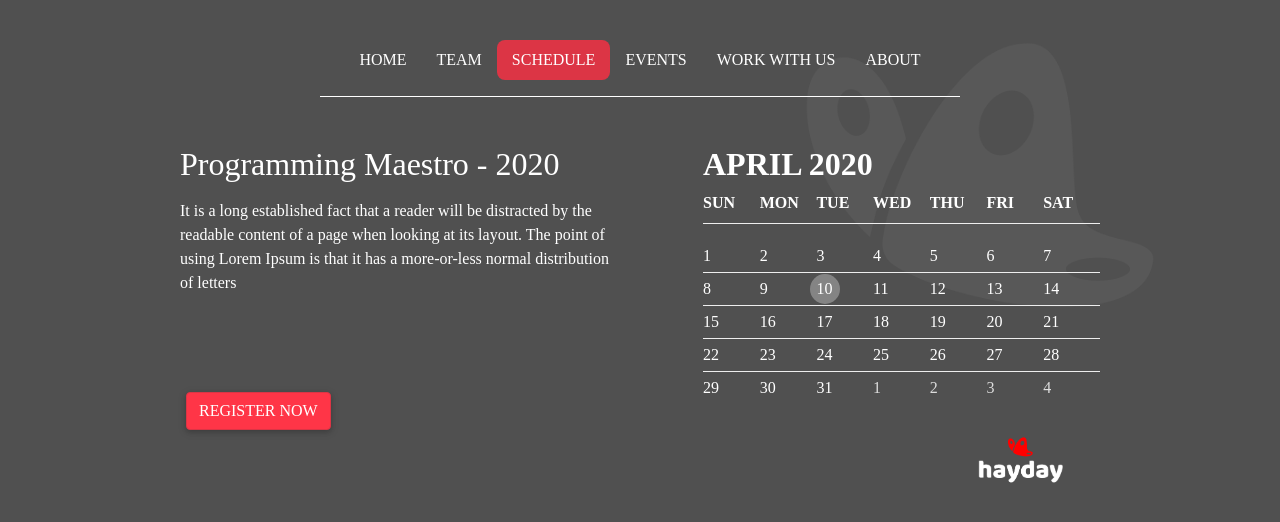
Repository: im1971/company-web
Page: schedule.html
An editor plug-in stored every save of this project. The page is shown before and after the next save, followed by the edit.
The browser window is 1280 px wide. The pictures show the whole page.
Some web fonts or font styles are not loaded; a fallback is used.

Above is the page before, as saved 2020-02-08 11:25:39.
Not found: js/main.js

### schedule.html
<!DOCTYPE html>
<html>

<head>
    <meta charset="utf-8">
    <meta name="viewport" content="width=device-width, initial-scale=1">
    <title>hayday</title>
    <link rel="shortcut icon" type="img/x-icon" href="img/fav.png" />
    <link rel="stylesheet" href="css/mdb.min.css">
    <link rel="stylesheet" href="css/bootstrap.min.css">
    <link rel="stylesheet" href="css/fontawesome.min.css">
    <link rel="stylesheet" href="css/all.min.css">
    <link rel="stylesheet" href="css/style.css">
    <!-- fonts -->
    <link href="https://fonts.googleapis.com/css?family=Baloo+Bhai&display=swap" rel="stylesheet">
    <!-- fonts -->

</head>

<body>

    <div class="wrap_hayday">
        <div class="back_img"></div>
        <div class="container-fluid">
            <div class="row justify-content-center pb-5">
                <div class="col-md-12">
                    <nav class="navbar navbar-expand-lg">
                        <button class="navbar-toggler" type="button" data-toggle="collapse" data-target="#navbarSupportedContent" aria-controls="navbarSupportedContent" aria-expanded="false" aria-label="Toggle navigation">
                            <i class="fas fa-bars"></i>
                        </button>

                        <div class="collapse navbar-collapse" id="navbarSupportedContent">

                            <ul class="navbar-nav m-auto text-uppercase">
                                <li class="nav-item">
                                    <a class="nav-link" href="index.html">Home</a>
                                </li>
                                <li class="nav-item">
                                    <a class="nav-link" href="team.html">Team</a>
                                </li>
                                <li class="nav-item">
                                    <a class="nav-link active" href="schedule.html">SCHEDULE</a>
                                </li>
                                <li class="nav-item">
                                    <a class="nav-link" href="event.html">Events</a>
                                </li>
                                <li class="nav-item">
                                    <a class="nav-link" href="workWithUs.html">Work With us</a>
                                </li>
                                <li class="nav-item">
                                    <a class="nav-link" href="about.html">About</a>
                                </li>
                            </ul>
                        </div>
                    </nav>
                </div>
                <div class="col-md-6 border_deco pt-3"></div>
            </div>
            <div class="container">
                <div class="event_wrap">
                    <div class="row justify-content-center">

                        <div class="col-md-5">
                            <h2 class="title mb-3">Programming Maestro - 2020</h2>
                            <p class="subtitle mb-3">
                                It is a long established fact that a reader will be distracted by the readable content of a page when looking at its layout. The point of using Lorem Ipsum is that it has a more-or-less normal distribution of letters
                            </p>
                            <div id="timer" class="mb-5">
                                <div id="days"></div>
                                <div id="hours"></div>
                                <div id="minutes"></div>
                                <div id="seconds" class="pr-0"></div>
                            </div>
                            <button class="btn btn-danger">Register Now</button>
                        </div>
                        <div class="col-md-5">
                            <!-- <div class="container py-5"> -->
                            <!-- Calendar -->
                            <div class="calendar pl-5">
                                <div class="d-flex align-items-center pb-2">
                                    <h2 class="month font-weight-bold mb-0 text-uppercase">April 2020</h2>
                                </div>
                                <!-- <p class="font-italic text-muted mb-5">No events for this day.</p> -->
                                <ol class="day-names list-unstyled">
                                    <li class="font-weight-bold text-uppercase">Sun</li>
                                    <li class="font-weight-bold text-uppercase">Mon</li>
                                    <li class="font-weight-bold text-uppercase">Tue</li>
                                    <li class="font-weight-bold text-uppercase">Wed</li>
                                    <li class="font-weight-bold text-uppercase">Thu</li>
                                    <li class="font-weight-bold text-uppercase">Fri</li>
                                    <li class="font-weight-bold text-uppercase">Sat</li>
                                </ol>

                                <ol class="days list-unstyled">
                                    <li>
                                        <div class="date">1</div>
                                        <!-- <div class="event bg-success">Event with Long Name</div> -->
                                    </li>
                                    <li>
                                        <div class="date">2</div>
                                    </li>
                                    <li>
                                        <div class="date">3</div>
                                    </li>
                                    <li>
                                        <div class="date">4</div>
                                    </li>
                                    <li>
                                        <div class="date">5</div>
                                    </li>
                                    <li>
                                        <div class="date">6</div>
                                    </li>
                                    <li>
                                        <div class="date">7</div>
                                    </li>
                                    <li>
                                        <div class="date">8</div>
                                    </li>
                                    <li>
                                        <div class="date">9</div>
                                    </li>
                                    <li style="position: relative;">
                                        <div class="date">10</div>
                                        <div class="target_date"></div>
                                    </li>
                                    <li>
                                        <div class="date">11</div>
                                    </li>
                                    <li>
                                        <div class="date">12</div>
                                    </li>
                                    <li>
                                        <div class="date">13</div>
                                        <!-- <div class="event all-day begin span-2 bg-warning">Event Name</div> -->
                                    </li>
                                    <li>
                                        <div class="date">14</div>
                                    </li>
                                    <li>
                                        <div class="date">15</div>
                                        <!-- <div class="event all-day end bg-success">Event Name</div> -->
                                    </li>
                                    <li>
                                        <div class="date">16</div>
                                    </li>
                                    <li>
                                        <div class="date">17</div>
                                    </li>
                                    <li>
                                        <div class="date">18</div>
                                    </li>
                                    <li>
                                        <div class="date">19</div>
                                    </li>
                                    <li>
                                        <div class="date">20</div>
                                    </li>
                                    <li>
                                        <div class="date">21</div>
                                        <!-- <div class="event bg-primary">Event Name</div> -->
                                        <!-- <div class="event bg-success">Event Name</div> -->
                                    </li>
                                    <li>
                                        <div class="date">22</div>
                                        <!-- <div class="event bg-info">Event with Longer Name</div> -->
                                    </li>
                                    <li>
                                        <div class="date">23</div>
                                    </li>
                                    <li>
                                        <div class="date">24</div>
                                    </li>
                                    <li>
                                        <div class="date">25</div>
                                    </li>
                                    <li>
                                        <div class="date">26</div>
                                    </li>
                                    <li>
                                        <div class="date">27</div>
                                    </li>
                                    <li>
                                        <div class="date">28</div>
                                    </li>
                                    <li>
                                        <div class="date">29</div>
                                    </li>
                                    <li>
                                        <div class="date">30</div>
                                    </li>
                                    <li>
                                        <div class="date">31</div>
                                    </li>
                                    <li class="outside">
                                        <div class="date">1</div>
                                    </li>
                                    <li class="outside">
                                        <div class="date">2</div>
                                    </li>
                                    <li class="outside">
                                        <div class="date">3</div>
                                    </li>
                                    <li class="outside">
                                        <div class="date">4</div>
                                    </li>
                                </ol>
                            </div>
                            <!-- </div> -->
                            <!-- </div> -->
                        </div>
                    </div>
                </div>
                <div class="row justify-content-end">
                    <div class="col-md-4 m-autp">
                        <div class="middle_body">
                            <div class="logo">
                                <img src="img/logo.png" alt="" style="height: 50px">
                            </div>
                        </div>
                    </div>
                </div>
            </div>
        </div>
    </div>




    <script type="text/javascript" src="js/jquery.min.js"></script>
    <!-- Bootstrap tooltips -->
    <script type="text/javascript" src="js/popper.min.js"></script>
    <!-- Bootstrap core JavaScript -->
    <script type="text/javascript" src="js/bootstrap.min.js"></script>
    <!-- MDB core JavaScript -->
    <script type="text/javascript" src="js/mdb.min.js"></script>
    <script type="text/javascript" src="js/main.js"></script>


</body>

</html>

### css/style.css
body {
    padding: 0;
    margin: 0;
    /* background: #5407A1; */
    background: #505050;
    color: #fff !important;
    font-family: 'Baloo Bhai', cursive;
    position: relative;
}


/* global */

html {
    overflow: scroll;
    overflow-x: hidden;
}

::-webkit-scrollbar {
    width: 0px;
    background: transparent;
}


/* Optional: show position indicator in red */

::-webkit-scrollbar-thumb {
    background: #FF0000;
}

.active {
    background-color: #dc3545;
    border-radius: 8px;
}

.active:hover {
    color: #fff !important;
}


/* global */

.back_img {
    background-image: url(../img/back.png);
    height: 350px;
    width: 600px;
    position: absolute;
    background-position: center center;
    background-size: cover;
    opacity: 5%;
    /* top: 30%; */
    right: 0;
}


/* header */

.wrap_hayday .nav-link::after {
    content: '';
    position: absolute;
    width: 100%;
    height: 1px;
    bottom: 0;
    left: 0;
    background-color: #E2061B;
    transform: scaleX(0);
    /* transform-origin: bottom right; */
    transition: transform 0.3s;
}

.wrap_hayday .nav-link:hover::after {
    /* transform-origin: bottom left; */
    transform: scaleX(1);
}

.wrap_hayday .navbar {
    box-shadow: none;
}

.wrap_hayday .navbar .collapse {
    position: relative;
}

.wrap_hayday .navbar .nav-icon {
    position: absolute;
    left: 0;
    top: 0;
    padding: 0;
}

.wrap_hayday .navbar .nav-icon img {
    height: 40px;
}

.wrap_hayday .container-fluid {
    min-height: 100vh;
}

.wrap_hayday nav .nav-link {
    padding-right: 15px !important;
    padding-left: 15px !important;
    color: #fff;
    font-family: 'Baloo Bhai', cursive;
}

.wrap_hayday .border_deco {
    border-bottom: .25px solid #fff;
}

.wrap_hayday nav .nav-link:hover {
    color: #FF0000;
    transition-duration: 0.5s;
}

.wrap_hayday .navbar {
    padding: 40px;
    padding-bottom: 0;
}


/* header */


/* middle body */

.wrap_hayday .middle_body_height {
    height: 50vh;
}

.wrap_hayday .middle_body {
    text-align: center;
}

.wrap_hayday .middle_body p {
    font-size: 22px;
}

.wrap_hayday .middle_body .logo img {
    height: 200px;
}

.wrap_hayday .others_page_middle {
    text-align: center;
    position: absolute;
    right: 30px;
    bottom: 0;
}

.wrap_hayday .others_page_middle img {
    height: 70px;
}


/* middle body */


/* footer-body */

.myprogress {
    min-width: 100%;
    margin: 0px auto;
    text-align: center;
}

.myprogress .circle {
    display: inline-block;
    background: #fff;
    width: 50px;
    height: 50px;
    border-radius: 80px;
    border: 1px solid #d5d5da;
    cursor: pointer;
}

.myprogress .circle:hover {
    background: #FF0000;
    color: #5407A1;
    transition-duration: 0.5s;
}

.myprogress .bar {
    position: relative;
    width: 100px;
    padding-right: 15px;
    font-family: none;
}

.myprogress .circle .label {
    display: inline-block;
    width: 40px;
    height: 40px;
    line-height: 30px;
    border-radius: 40px;
    font-size: 24px;
}

.myprogress .circle .title {
    color: #5407A1;
    font-size: 24px;
    line-height: 50px;
    cursor: pointer;
}

.myprogress .circle .title:hover {
    color: #fff;
}

.myprogress i {
    font-size: 11px;
}

.abc {
    animation: pulse 1s infinite;
    color: #FF0000;
}

.pulse {
    -webkit-animation-duration: 3s;
    -webkit-animation-delay: 2s;
    -webkit-animation-iteration-count: 5;
}

@-webkit-keyframes scroll {
    0% {
        -webkit-transform: translateX(0);
        transform: translateX(0);
    }
    100% {
        -webkit-transform: translateX(calc(-250px * 7));
        transform: translateX(calc(-250px * 7));
    }
}

@keyframes scroll {
    0% {
        -webkit-transform: translateX(0);
        transform: translateX(0);
    }
    100% {
        -webkit-transform: translateX(calc(-250px * 7));
        transform: translateX(calc(-250px * 7));
    }
}

.slider {
    /* background: white; */
    /* box-shadow: 0 10px 20px -5px rgba(0, 0, 0, 0.125); */
    /* height: 100px; */
    margin: auto;
    overflow: hidden;
    position: relative;
    width: 960px;
}

.slider::before,
.slider::after {
    /* background: -webkit-gradient(linear, left top, right top, from(white), to(rgba(255, 255, 255, 0))); */
    /* background: linear-gradient(to right, white 0%, rgba(255, 255, 255, 0) 100%); */
    content: "";
    height: 100px;
    position: absolute;
    width: 200px;
    z-index: 2;
}

.slider::after {
    right: 0;
    top: 0;
    -webkit-transform: rotateZ(180deg);
    transform: rotateZ(180deg);
}

.slider::before {
    left: 0;
    top: 0;
}

.slider .slide-track {
    -webkit-animation: scroll 40s linear infinite;
    animation: scroll 40s linear infinite;
    display: -webkit-box;
    display: flex;
    width: calc(250px * 14);
}

.slider .slide {
    /* height: 100px; */
    /* width: 200px; */
    padding-right: 40px;
}

.sponsor_slider {
    position: absolute;
    bottom: 20px;
}


/* footer-body */


/* about hayday */

.accordion .card-header {
    padding: 0;
    /* background: #5407A1; */
    background: #757575;
    margin-bottom: 0;
    cursor: pointer;
}

.accordion .card-header .btn-link {
    color: #fff;
    padding: 0;
}

.accordion .card {
    border: none;
    border-radius: 0;
}

.accordion i {
    position: absolute;
    right: 10px;
    top: 5px;
}

.accordion p {
    color: #000;
    font-family: serif;
    font-size: 15px;
}

.accordion h4 {
    color: #000;
    font-family: serif;
    font-weight: 700 !important;
    font-size: 22px;
}


/* about hayday */


/* work with us */

.outreach table.table th,
table.table td {
    padding: 3px 20px;
    color: #fff;
    border: none;
    font-family: auto;
}


/* work with us */


/* team */

.team .grid {
    padding-left: 0;
    padding-right: 0;
}

.team .team_image {
    background-image: url(../img/team/team-back.jpg);
    height: 600px;
    background-position: center center;
    background-size: cover;
}

.team .custom_hr {
    border-top: 3px solid #fff !important;
    width: 10% !important;
}

.team img {
    border-radius: 50%;
    margin: auto;
    border: 3px solid #dcdcdc;
}

.team .team_managemt img {
    height: 300px;
    width: 300px;
}

.team .team_volounteer img {
    height: 200px;
    width: 200px;
}

.team .wrap_team {
    display: flex;
    flex-direction: column;
    font-family: auto;
}


/* team */

.sponsor_footer p {
    font-family: auto;
    font-size: 14px;
}

.sponsor_footer p b {
    border-bottom: .5px solid;
}


/* events */

.event_wrap .title {
    font-family: auto;
}

.event_wrap .subtitle {
    font-family: auto;
}

.wrap_event {
    color: #fff;
    text-align: center;
    position: relative;
    font-family: auto;
    background: #9100ff3b;
}

.wrap_event .fas {
    font-size: 12px;
}

.slider_wrap .d-block {
    background-image: url(../img/team/team-back.jpg);
    height: 320px;
    background-position: center center;
    background-size: cover;
}

.slider_wrap .carousel-indicators {
    margin: 0;
    bottom: -15%;
}

.carousel .carousel-control-prev-icon {
    background-image: url("data:[embedded picture, 189 characters]")
}

.carousel .carousel-control-next-icon {
    background-image: url("data:[embedded picture, 190 characters]")
}

.carousel-control-next {
    right: -100px;
}

.carousel-control-prev {
    left: -100px;
}


/* calender */


/*
*
* ==========================================
* CUSTOM UTIL CLASSES
* ==========================================
*
*/

.clearfix::after,
.calendar ol::after {
    content: ".";
    display: block;
    height: 0;
    clear: both;
    visibility: hidden;
}


/* ================
Calendar Styling */

.calendar {
    border-radius: 10px;
    font-family: auto;
}

.calendar .target_date {
    height: 30px;
    width: 30px;
    position: absolute;
    border-radius: 50%;
    left: -6px;
    top: 1px;
    background: #fff;
    opacity: 0.3;
}

.month {
    font-size: 2rem;
}

.calendar ol li {
    float: left;
    width: 14.28571%;
}

.calendar .day-names {
    border-bottom: 1px solid #eee;
}

.calendar .day-names li {
    text-transform: uppercase;
    margin-bottom: 0.5rem;
}

.calendar .days li {
    border-bottom: 1px solid #eee;
    /* min-height: 8rem; */
}

.calendar .days li .date {
    margin: 0.25rem 0;
}

.calendar .days li .event {
    font-size: 0.75rem;
    padding: 0.4rem;
    color: white;
    white-space: nowrap;
    overflow: hidden;
    text-overflow: ellipsis;
    border-radius: 4rem;
    margin-bottom: 1px;
}

.calendar .days li .event.span-2 {
    width: 200%;
}

.calendar .days li .event.begin {
    border-radius: 1rem 0 0 1rem;
}

.calendar .days li .event.end {
    border-radius: 0 1rem 1rem 0;
}

.calendar .days li .event.clear {
    background: none;
}

.calendar .days li:nth-child(n+29) {
    border-bottom: none;
}

.calendar .days li.outside .date {
    color: #ddd;
}


/* calender */


/* timer */

#timer div {
    display: inline-block;
    line-height: 1;
    padding: 20px 40px 0 0;
    padding-bottom: 0;
    font-family: auto;
}

#timer span {
    display: block;
    font-size: 20px;
    color: white;
}

#timer #days,
#timer #hours,
#timer #minutes,
#timer #seconds {
    font-size: 50px;
}

#timer #seconds {
    font-size: 30px;
}


/* timer */


/* events */


/* media query */

@media (min-width: 1367px) {
    .sponsor_footer p {
        font-size: 18px;
        margin-top: 40px;
    }
    .outreach table.table th,
    table.table td,
    .accordion p,
    .myprogress .bar {
        font-size: 18px;
    }
    .outreach h4 {
        margin-top: 30px;
        margin-bottom: 20px;
    }
    .accordion .card-header .btn-link {
        font-size: 22px;
    }
    .accordion {
        margin-top: 30px;
    }
    .wrap_hayday .middle_body .logo img {
        height: 145px;
    }
    .wrap_hayday .middle_body p {
        font-size: 22px;
    }
    .wrap_hayday .step_command {
        font-family: auto;
        font-size: 22px;
    }
}

@media (max-width: 567px) {
    .wrap_hayday .navbar {
        padding: 20px 0 0;
    }
    .fa-bars {
        color: #fff !important;
    }
    .wrap_hayday .middle_body .logo img {
        height: 140px;
        margin-bottom: 28px;
    }
    .back_img {
        height: 150px;
        width: 200px;
    }
    .wrap_hayday .middle_body_height {
        height: 35vh;
    }
    .myprogress .circle {
        display: block;
        margin: auto;
        margin-top: 20px;
    }
    .myprogress .bar {
        padding-right: 0;
        font-family: none;
        font-size: 18px;
    }
    .team .team_image {
        height: 200px;
    }
    .team .custom_hr {
        width: 50% !important;
    }
    .team .team_managemt img {
        height: 150px;
        width: 150px;
    }
    .team .team_volounteer img {
        height: 120px;
        width: 120px;
    }
    .team .card-title {
        font-size: 26px;
    }
    .team .wrap_team {
        margin-bottom: 30px;
    }
    .sponsor_footer p {
        margin-bottom: 20px !important;
    }
    .calendar {
        padding-left: 0 !important;
        margin-top: 30px;
    }
    .event_wrap .title {
        font-size: 22px;
    }
    .event_wrap button {
        margin-bottom: 40px !important;
    }
    #timer #days,
    #timer #hours,
    #timer #minutes,
    #timer #seconds {
        font-size: 35px;
        margin: auto;
    }
    #timer span {
        font-size: 14px;
    }
    #timer div {
        padding: 0px 26px 0 0;
    }
    #timer {
        background: #8500ff82;
        display: flex;
        padding: 20px;
    }
    .classroom img {
        width: 150px;
    }
    .slider {
        width: 200px;
        padding-bottom: 20px;
    }
    .sponsor_slider {
        margin-top: 50px;
    }
}

Loaded but not shown: css/mdb.min.css (library); css/bootstrap.min.css (library); css/fontawesome.min.css (library); css/all.min.css (library); js/jquery.min.js (library); js/popper.min.js (library); js/bootstrap.min.js (library); js/mdb.min.js (library)

After the next save:
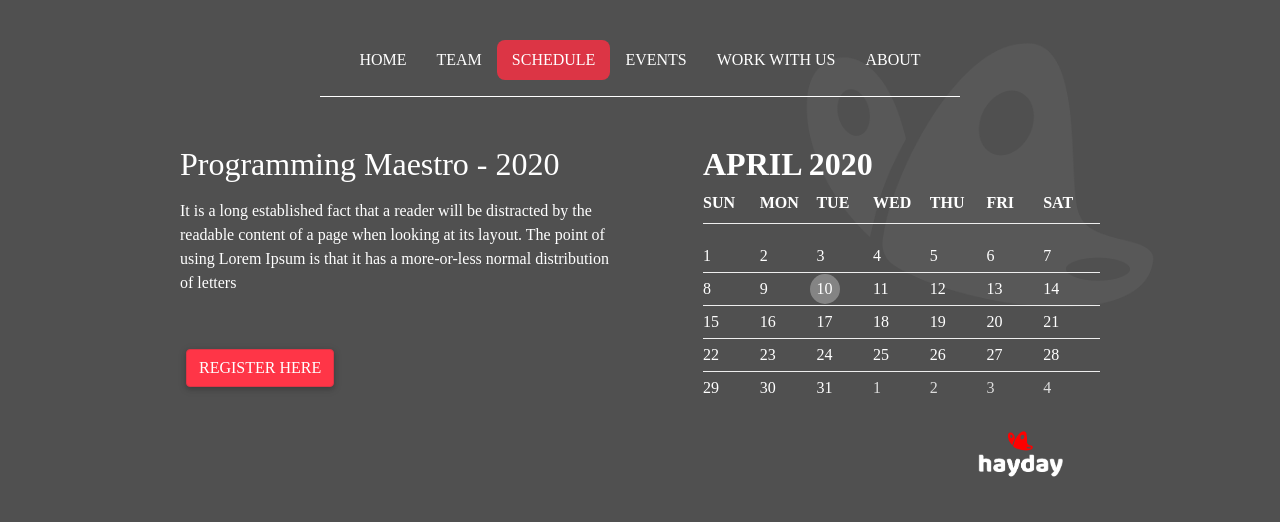
Saved 2 min 51 s later.
--- a/schedule.html
+++ b/schedule.html
@@ -62,16 +62,17 @@
 
                         <div class="col-md-5">
                             <h2 class="title mb-3">Programming Maestro - 2020</h2>
-                            <p class="subtitle mb-3">
+                            <p class="subtitle mb-5">
                                 It is a long established fact that a reader will be distracted by the readable content of a page when looking at its layout. The point of using Lorem Ipsum is that it has a more-or-less normal distribution of letters
                             </p>
-                            <div id="timer" class="mb-5">
+                            <button class="btn btn-danger mb-3">Register Here</button>
+
+                            <div id="timer">
                                 <div id="days"></div>
                                 <div id="hours"></div>
                                 <div id="minutes"></div>
                                 <div id="seconds" class="pr-0"></div>
                             </div>
-                            <button class="btn btn-danger">Register Now</button>
                         </div>
                         <div class="col-md-5">
                             <!-- <div class="container py-5"> -->
